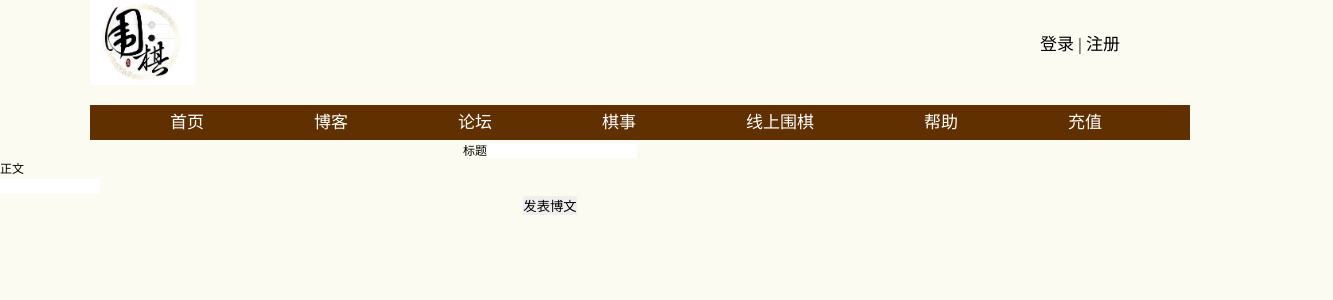
Repository: yxh0/Go
Page: http://localhost/keshe/keshe/blog_post.jsp
An editor plug-in stored every save of this project. The page is shown before and after the next save, followed by the edit.
The browser window is 1280 px wide. The page is 1280 px wide, then 1333 px, so the pictures cover 1333 px, including what lies to the right of the window. The pictures show the whole page.
The page is served by Tomcat 9.

Above is the page before, as saved 2020-06-11 04:06:49.

After the next save:
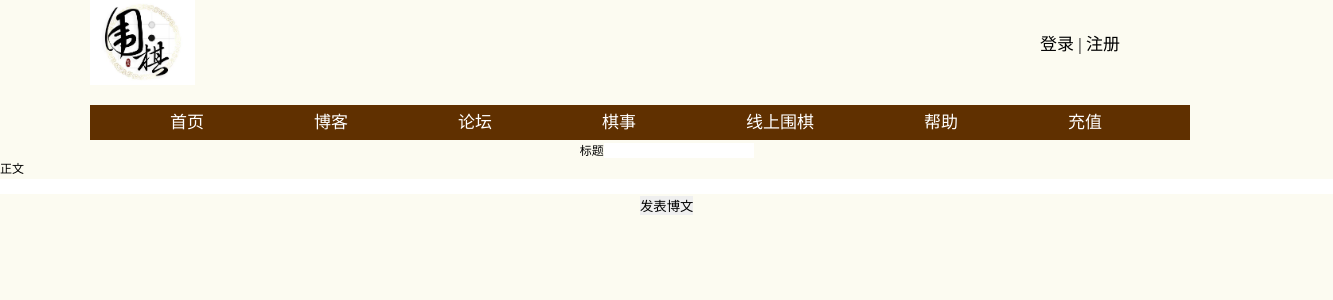
Saved 9 s later.
--- a/SoftwareProjectGo/keshe/WebContent/keshe/blog_post.jsp
+++ b/SoftwareProjectGo/keshe/WebContent/keshe/blog_post.jsp
@@ -42,7 +42,7 @@
 		<div class="border w"></div>
 		<form action="insertServlet?dataBase=weiqiluntan&tableName=chess_user" name="register" method="post">
 			<center>标题<input name="blog_title" type="text" type="password" class="code"><br></center>
-				正文<br><input name="blog_text" style="width:100px" type="text" placeholder="" class="code"><br>
+				正文<br><input name="blog_text" style="width:100em" type="text" placeholder="" class="code"><br>
 			<center><input type="submit" value="发表博文" class="now-register"></center>
          </form>
 	</div>
